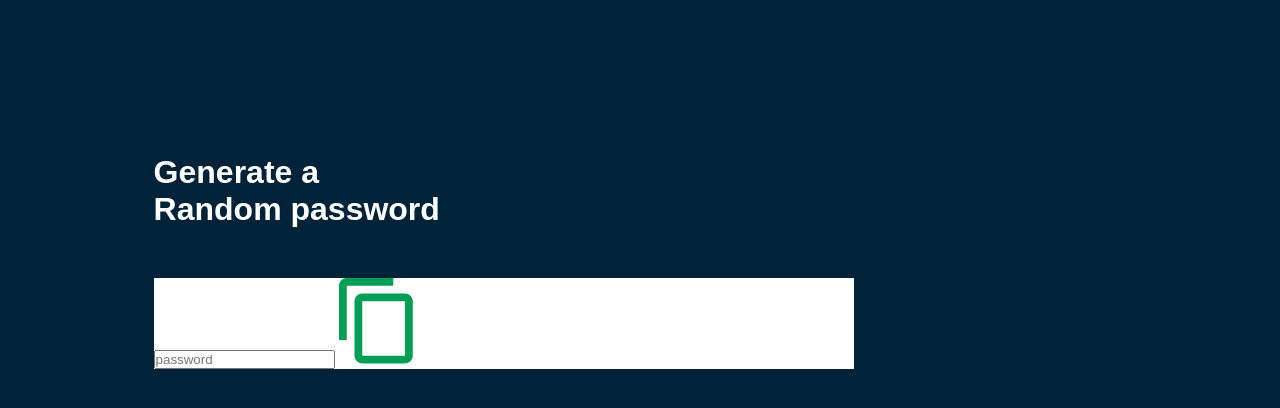
Repository: YAAMAR/password-generator
Page: Random password/index.html
An editor plug-in stored every save of this project. The page is shown before and after a run of saves, followed by the edit.
The browser window is 1280 px wide. The pictures show the whole page.

Above is the page before, as saved 2024-05-02 18:58:16.

After the next 6 saves:
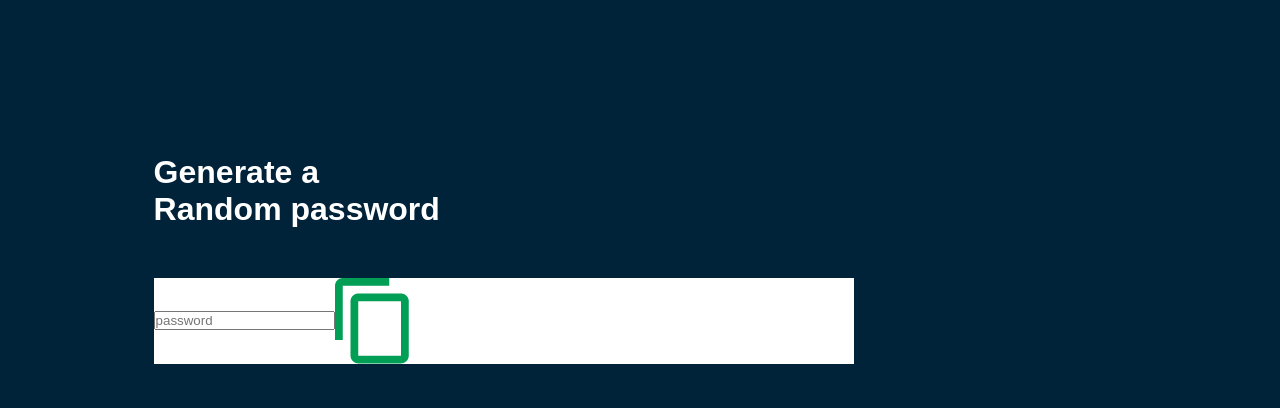
The 6 saves are shown as one change because they came seconds apart.
The last was saved 18 s later.
--- a/Random password/style.css
+++ b/Random password/style.css
@@ -19,5 +19,6 @@ body{
     margin-bottom: 30px;
     background:#fff ;
 color: #fff;
-display: ;
-}colo
+display: flex;
+align-items: center;
+}
